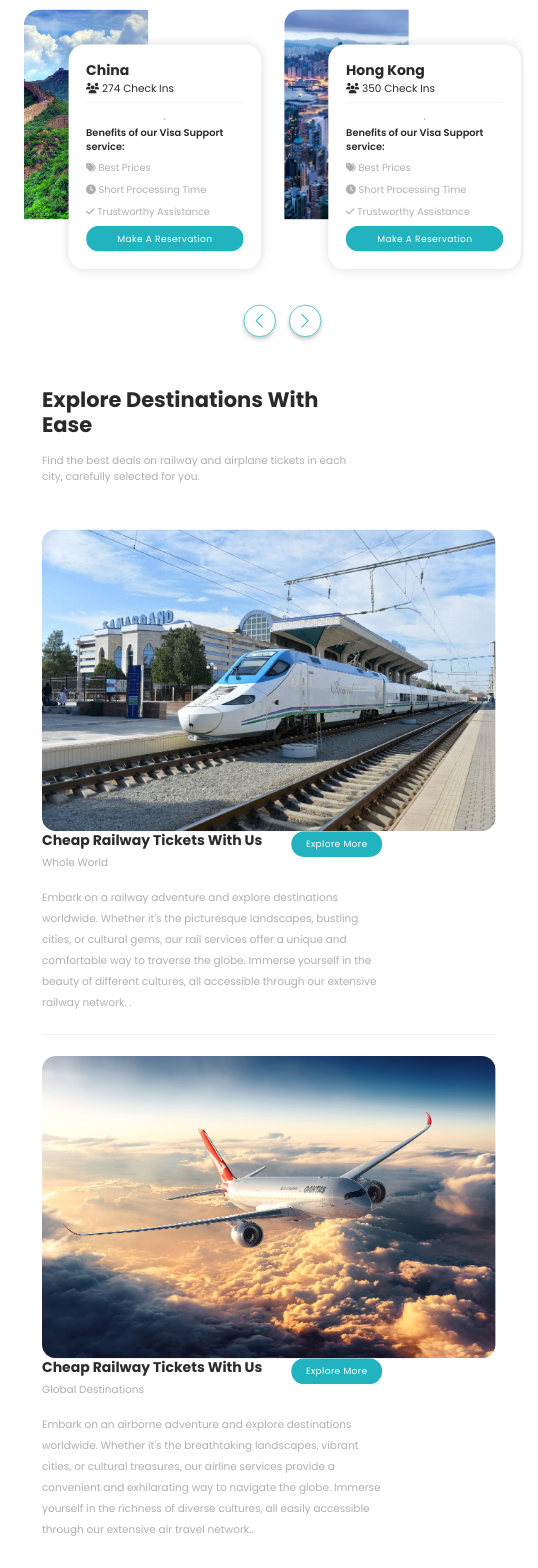
Repository: asadbekdev07/asadbekdev-zamontour-react
Page: /
An editor plug-in stored every save of this project. The page is shown before and after the next save, followed by the edit.
The browser window is 768 px wide. The pictures show the part of the page from y = 1669 to 3909 px (the page is 3909 px tall before and 3737 px after), at 70% of full size.
The project was rebuilt for these pictures with package versions that can differ from the ones it lists, and the page was loaded fresh each time. Also part of the build but not shown: vite.config.js.

Above is the page before, as saved 2024-05-26 18:37:10.

After the next save:
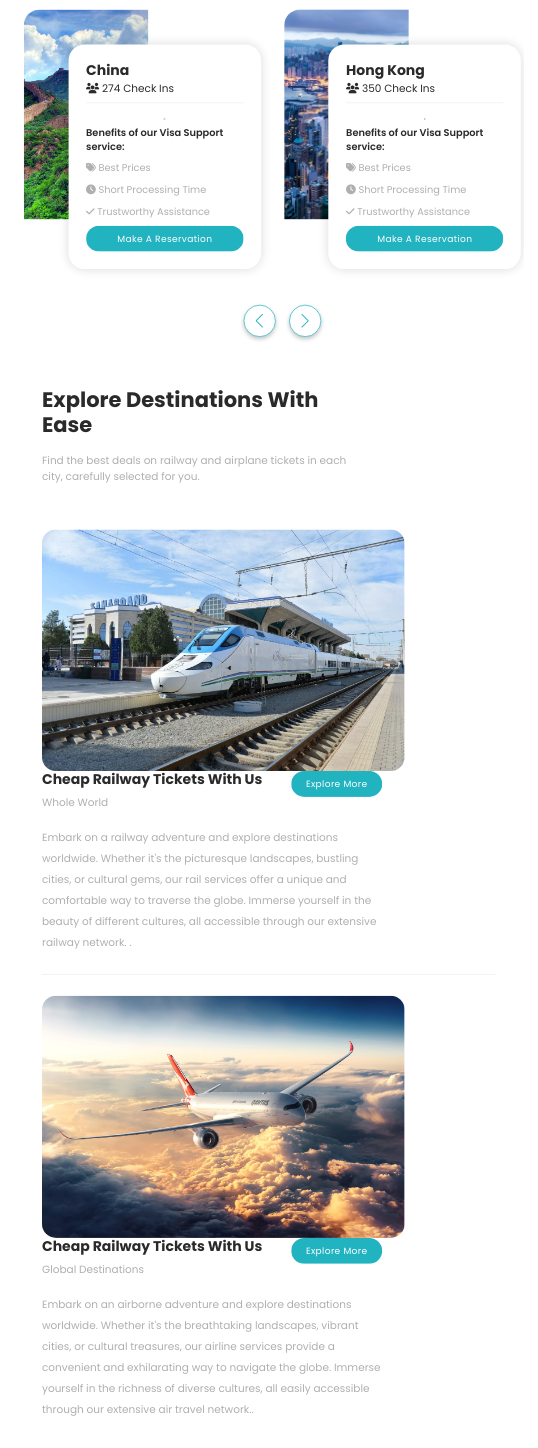
Saved 65 s later.
--- a/src/assets/styles/index.css
+++ b/src/assets/styles/index.css
@@ -696,7 +696,8 @@ select:-webkit-autofill:focus {
 
 @media only screen and (max-width: 1000px) {
   .destination__img {
-    width: 100%;
+    width: 80%;
+    margin-left: 10% mr 10%;
   }
   .destination__item {
     display: flex;
